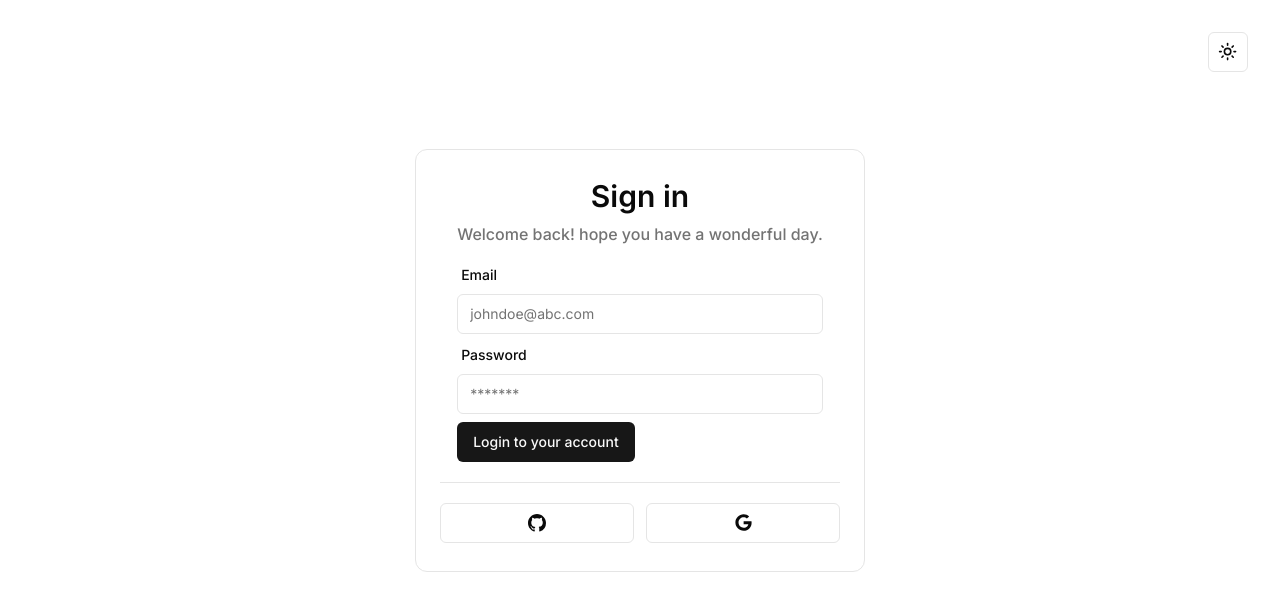
Repository: nickgoel31/authentication-toolkit
Page: /sign-in
These files come from the project's save history. The page is drawn as it stood at one moment and after the next save; the edit follows.
The browser window is 1280 px wide. The pictures show the whole page.
The project was rebuilt for these pictures with package versions that can differ from the ones it lists, and the page was loaded fresh each time. The framework's server and built-in components were replaced by stand-ins that run in the browser. Also part of the build but not shown: next.config.mjs.

Above is the page before, as saved 2024-02-04 13:41:28.

After the next save:
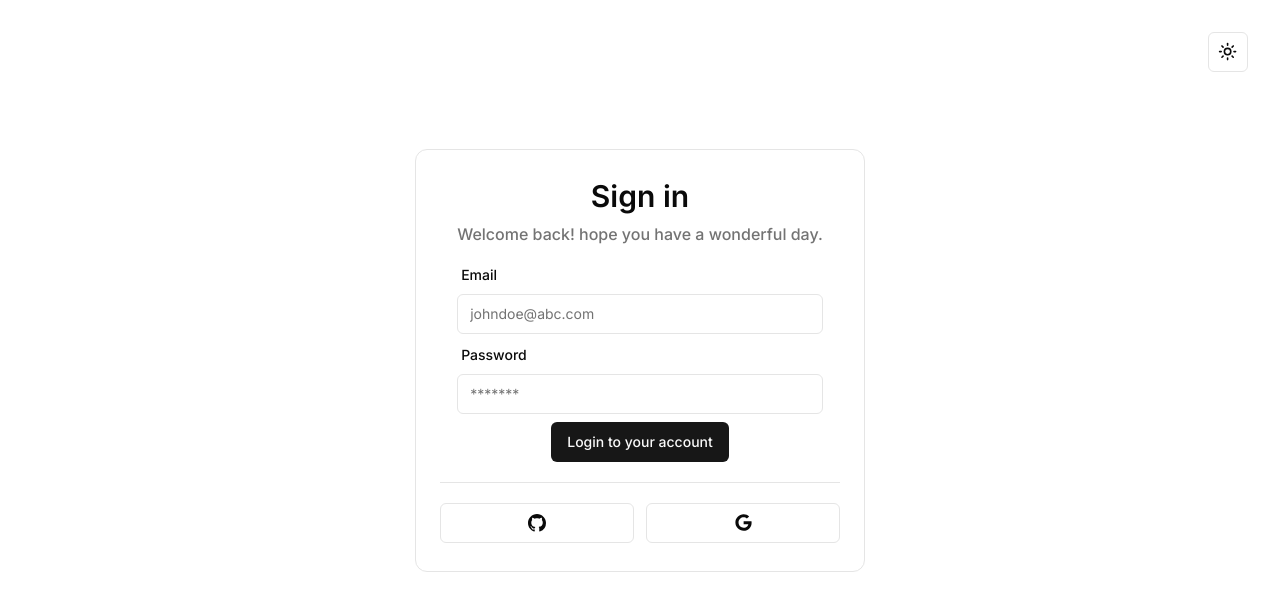
Saved 25 s later.
--- a/components/auth/sign-in-form.tsx
+++ b/components/auth/sign-in-form.tsx
@@ -61,7 +61,9 @@ const SignInForm = () => {
                 )}
             />
 
-            <Button type='submit'>Login to your account</Button>
+            <div className='w-full items-center justify-center flex'>
+                <Button type='submit' className=''>Login to your account</Button>
+            </div>
         </form>
     </Form>
   )
